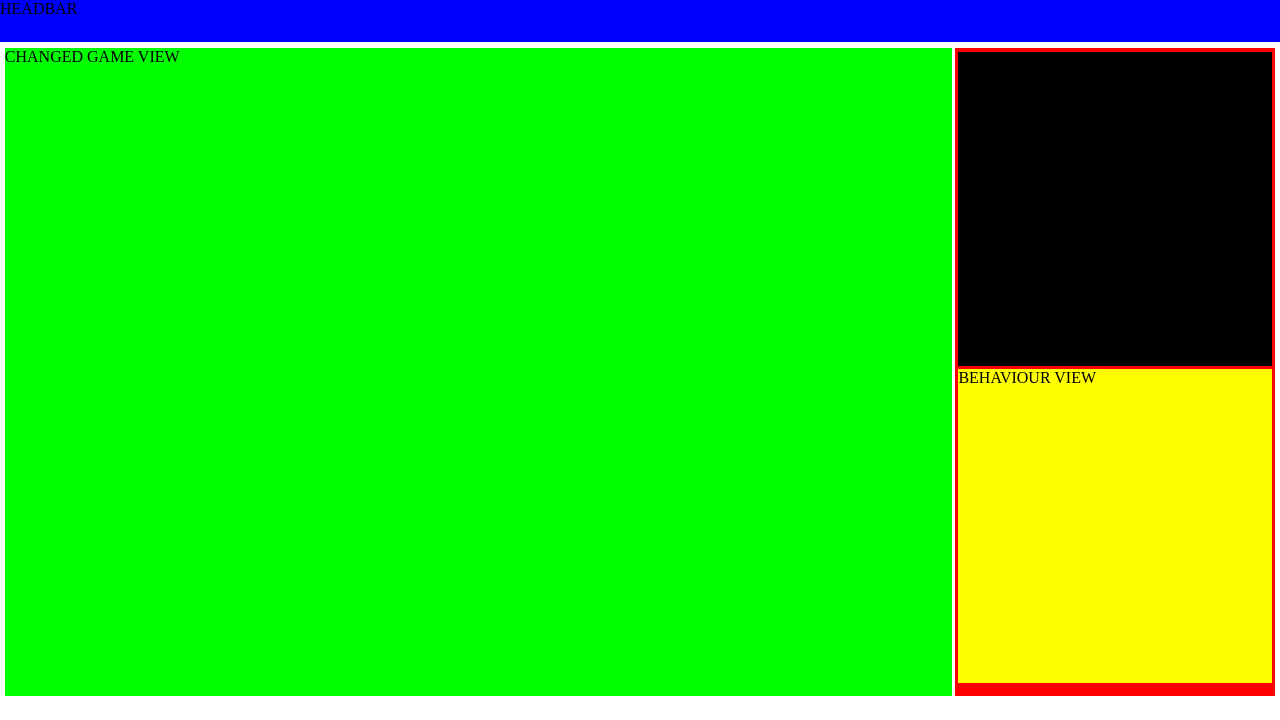
Repository: n-donnelly/onlinegameproto
Page: Content/main.html
The author's editor kept a record of every edit. The page is drawn from the files as they stood at one moment, then again after the next edit.
The browser window is 1280 px wide. The pictures show the whole page.

Above is the page before.

After the next edit:
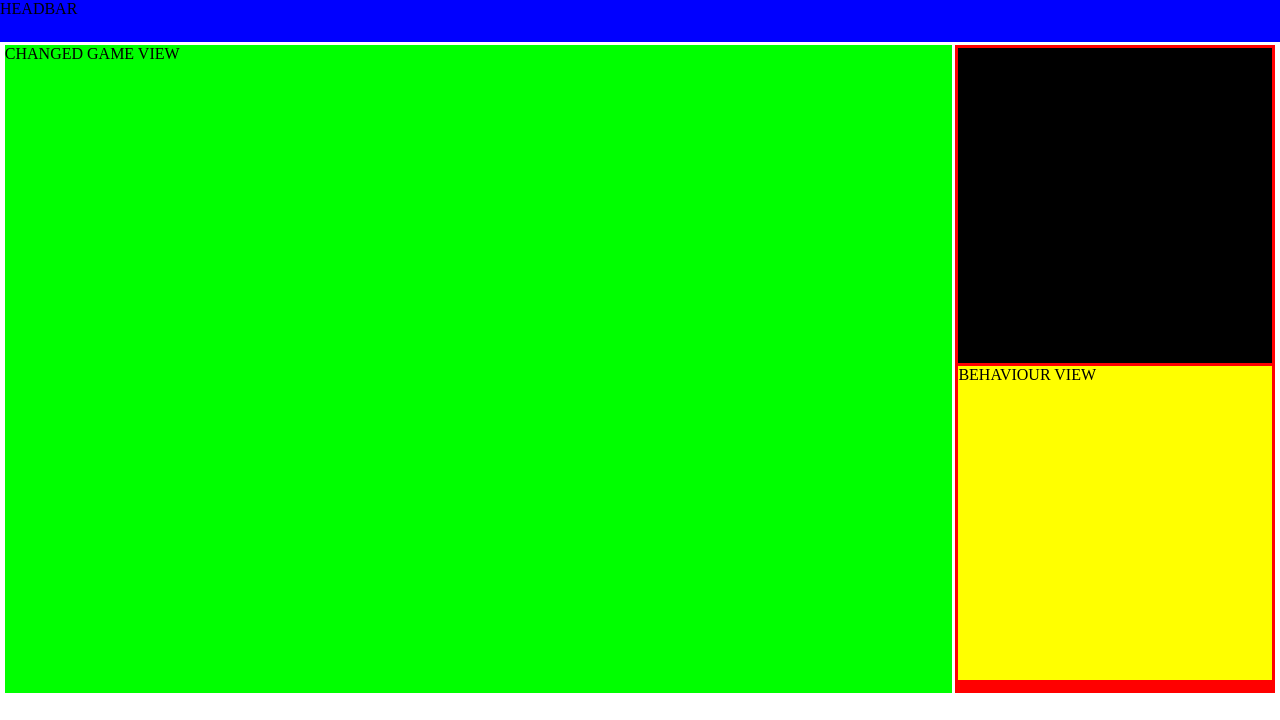
The edit:
--- a/CSS/main.css
+++ b/CSS/main.css
@@ -1,7 +1,7 @@
 #header {
     height: 42px;
     background: #0000ff;
-    margin-bottom: 0.4em;
+    margin-bottom: 0.2em;
 }
 
 #gameView {
